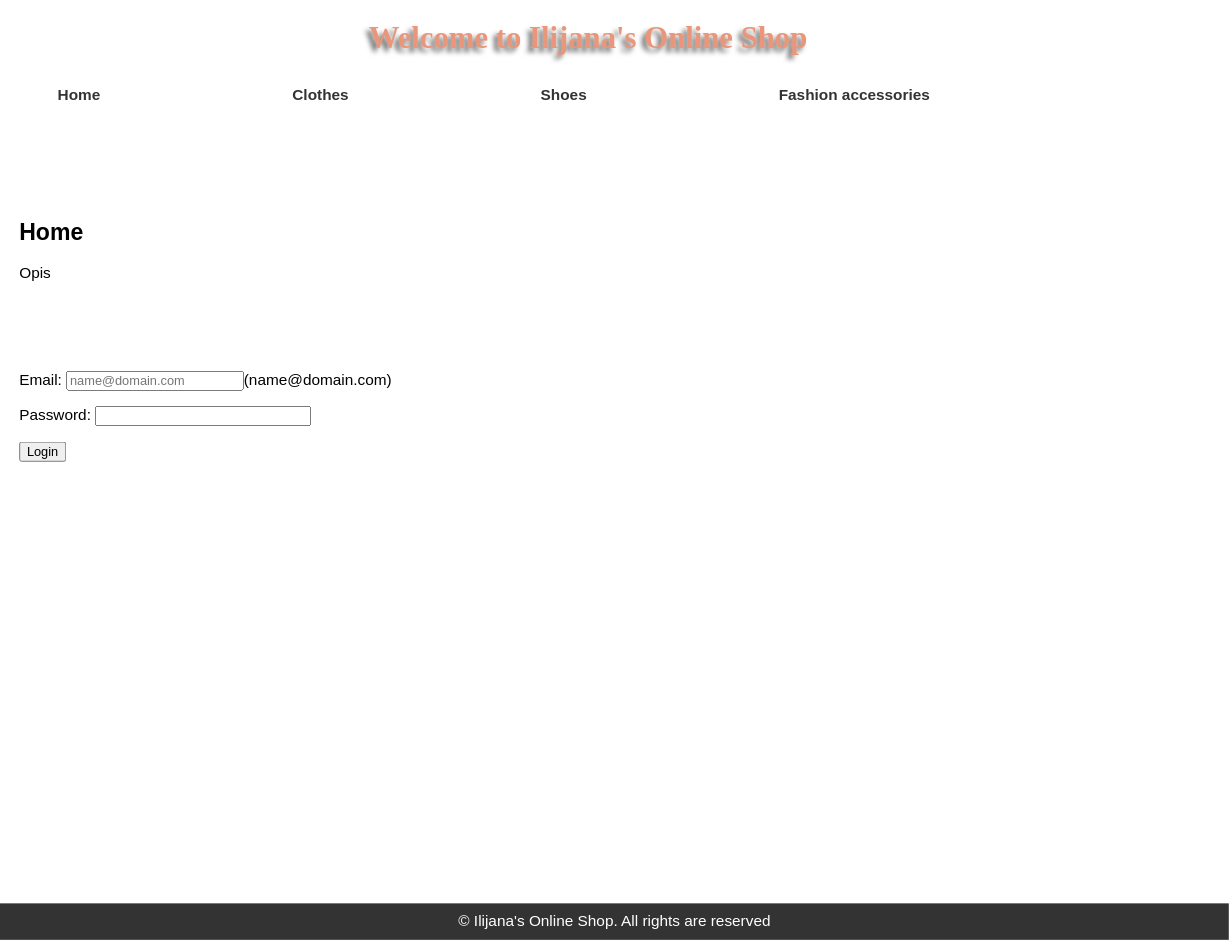
Repository: ilijana123/Proekt1
Page: html.html
These files come from the project's save history. The page is drawn as it stood at one moment and after the next save; the edit follows.
The browser window is 1280 px wide. The pictures show the whole page, at 96% of full size.

Above is the page before, as saved 2023-11-12 23:29:25.

### html.html
<!DOCTYPE html>
<html>
    <head>
    <meta charset="utf-8">
    <title>Online shop</title>
    <link rel="stylesheet" type="text/css" href="1.css">
    <script src="script.js"></script>
    </head>
    <body>
    <header>
       <h1>Welcome to Ilijana's Online Shop</h1>
    </header>
       <nav>
            <ul>
                <li><a href="#home">Home</a></li>
                <li><a href="#category1">Clothes</a></li>
                <li><a href="#category2">Shoes</a></li>
                <li><a href="#category3">Fashion accessories</a></li>
            </ul>
       </nav>
       <section id="home">
            <h2>Home</h2>
            <p>Opis</p>
        </section>
        <section id="contact">
            <form method="post" autocomplete="on">
                <p><label>Email:
                    <input type="email" id="email"
                        placeholder="name@domain.com"/>(name@domain.com)
                </label></p>
                <p><label>Password:
                    <input type="password" id="password" size="25"
                        placeholder=""/>
                </label></p>
                <button onclick="btnClicked()">Login</button>
            </form>
       </section>
       <section id="category1"></section>
       <section id="category2"></section>
       <section id="category3"></section>
       <section id="instagram">
      </section>
      <section id="survey">
      </section>
      <section id="questionnaire">
      </section>
      <section id="contact">
      </section>
       <footer> &copy; Ilijana's Online Shop. All rights are reserved</footer>
    </body>
</html>

### 1.css
h1  {
     font-family: fantasy;
        color:darksalmon;
        text-shadow: -4px 4px 6px dimgrey;
        position:relative;
        margin-left: 30%;
    }
    body {
        margin: 0;
        padding: 0;
        font-family: Arial, sans-serif;
    }

    nav {
        background-color:aliceblue
        color: white;
        padding: 10px;
        text-align: center;
    }
    nav ul {
        list-style-type: none;
        margin: 0;
        padding: 0;
        display: flex;
        flex-direction: row; /* Set the direction to column */
    }

    nav ul li {
        display: block; /* Set the display property to block */
        margin-bottom: 50px;
        margin-right: 150px;
        margin-left:50px;
    }
    section {
        padding: 20px;
        margin: 20px 0;
    }
    nav a {
        text-decoration: none;
        color: #333;
        font-weight: bold;
    }
    nav a:hover {
        color: #555;
    }

    footer {
        background-color: #333;
        color: white;
        text-align: center;
        padding: 10px;
    }

### script.js
function btnClicked()
{
    document.location.href="html1.html";
}

After the next save:
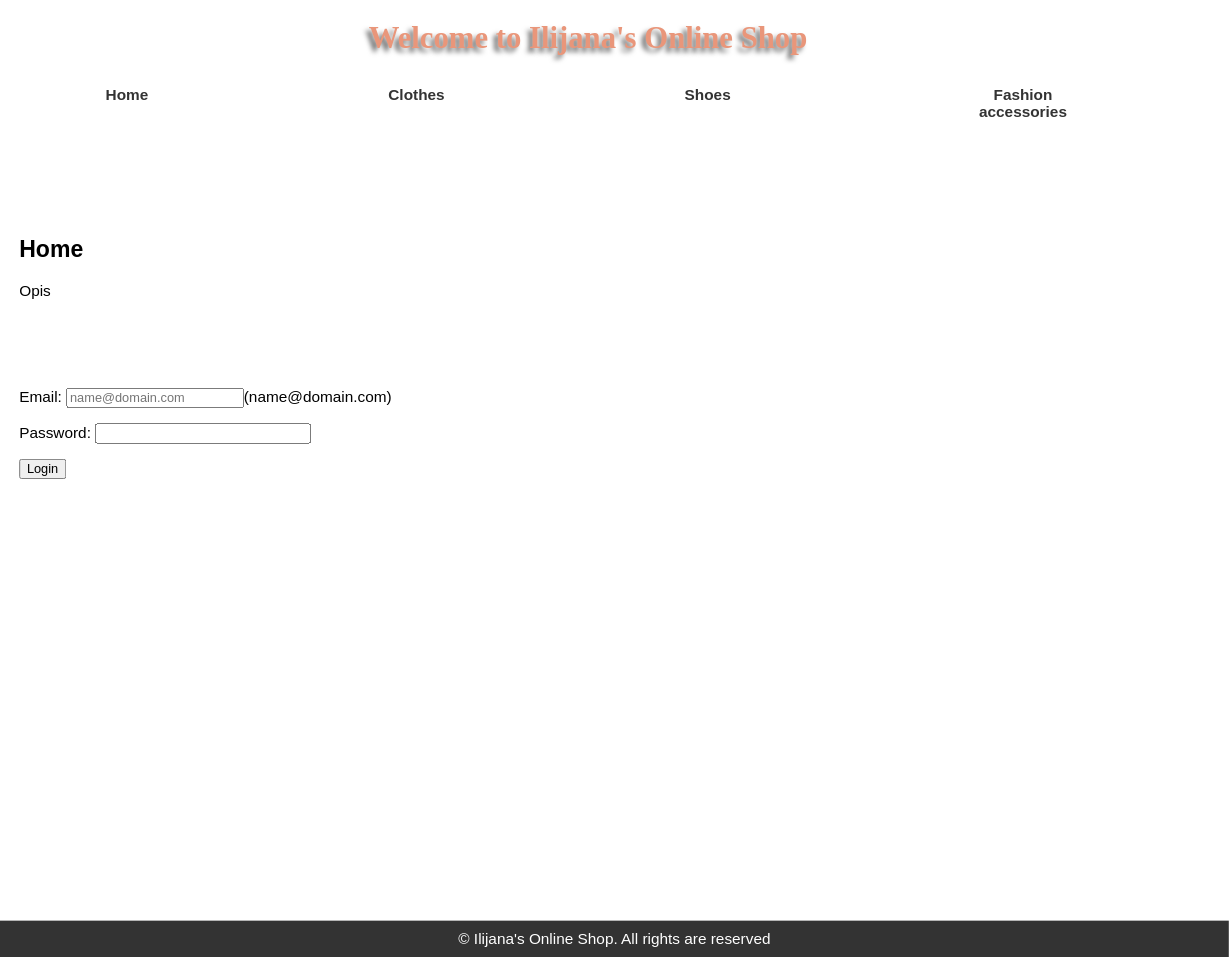
Saved 7 s later.
--- a/1.css
+++ b/1.css
@@ -29,7 +29,7 @@ h1  {
         display: block; /* Set the display property to block */
         margin-bottom: 50px;
         margin-right: 150px;
-        margin-left:50px;
+        margin-left:100px;
     }
     section {
         padding: 20px;
